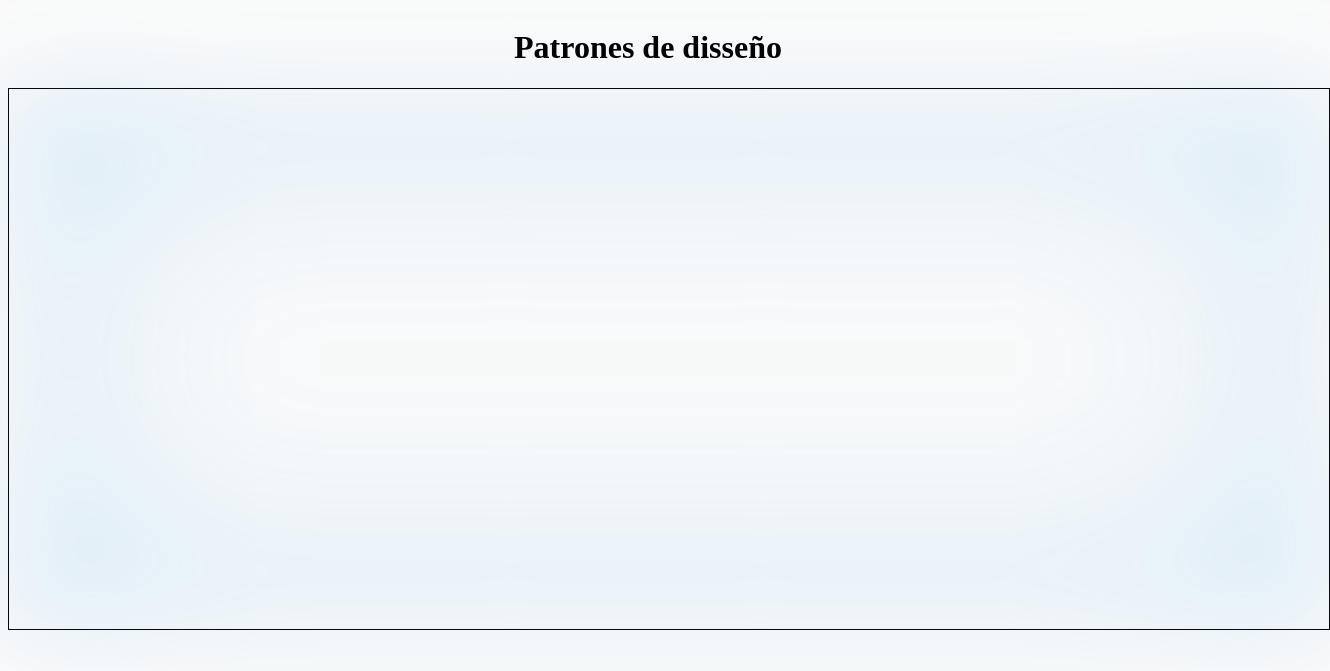
Repository: nrsWebs/design-pattern-es
Page: index.html
These files come from the project's save history. The page is drawn as it stood at one moment and after the next save; the edit follows.
The browser window is 1280 px wide. The page is 1330 px wide, so the pictures cover 1330 px, including what lies to the right of the window. The pictures show the whole page.

Above is the page before, as saved 2021-02-06 18:24:44.

After the next save:
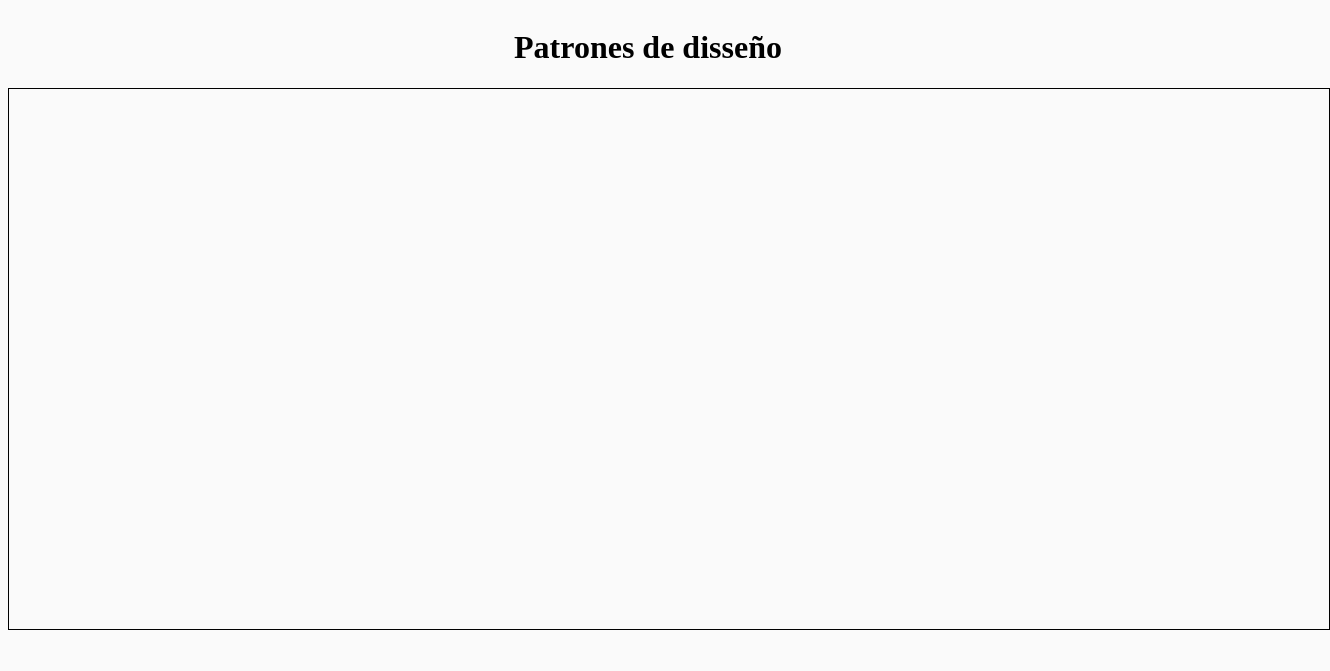
Saved 3 min 2 s later.
--- a/source/main.css
+++ b/source/main.css
@@ -38,13 +38,15 @@ h1{
     height: 100%;
 }
 .glass:before {
-    content: '';
+    content: ‘’;
+    width: 300px;
+    height: 400px;
     background: inherit;
     position: absolute;
-    left: 0;
+    left: -25px;
     right: 0;
-    top: 0;
+    top: -25px;
     bottom: 0;
-    box-shadow: inset 0 0 2000px rgba(64, 168, 242, 0.35);
-    filter: blur(50px);
+    box-shadow: inset 0 0 0 200px rgba(255,255,255,0.3);
+    filter: blur(10px);
 }
